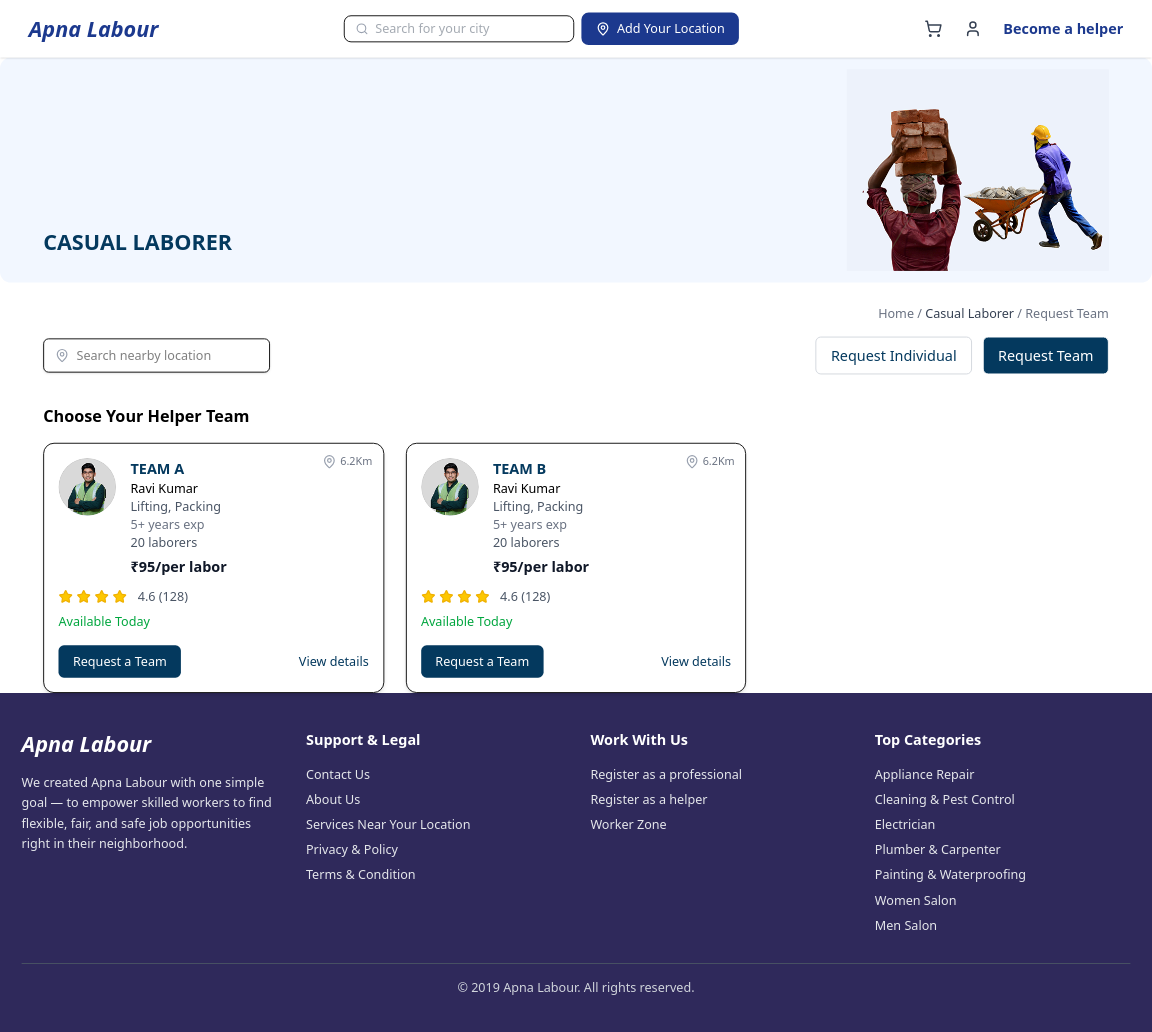
Repository: Innowidetech/Apna-Labour
Page: /casual (app in client/)
These files come from the project's save history. The page is drawn as it stood at one moment and after the next save; the edit follows.
The browser window is 1280 px wide. The pictures show the whole page, at 90% of full size.
The project was rebuilt for these pictures with package versions that can differ from the ones it lists, and the page was loaded fresh each time. Also part of the build but not shown: client/vite.config.js, client/src/pages/Home.jsx, client/src/pages/ModalServicePage.jsx, client/src/pages/ServiceDetails.jsx, client/src/pages/Account/Account.jsx, client/src/pages/Account/AccountLayout.jsx, client/src/pages/Account/Bookings.jsx, client/src/pages/Payments.jsx and 26 more.

Above is the page before, as saved 2025-11-14 15:40:42.

After the next save:
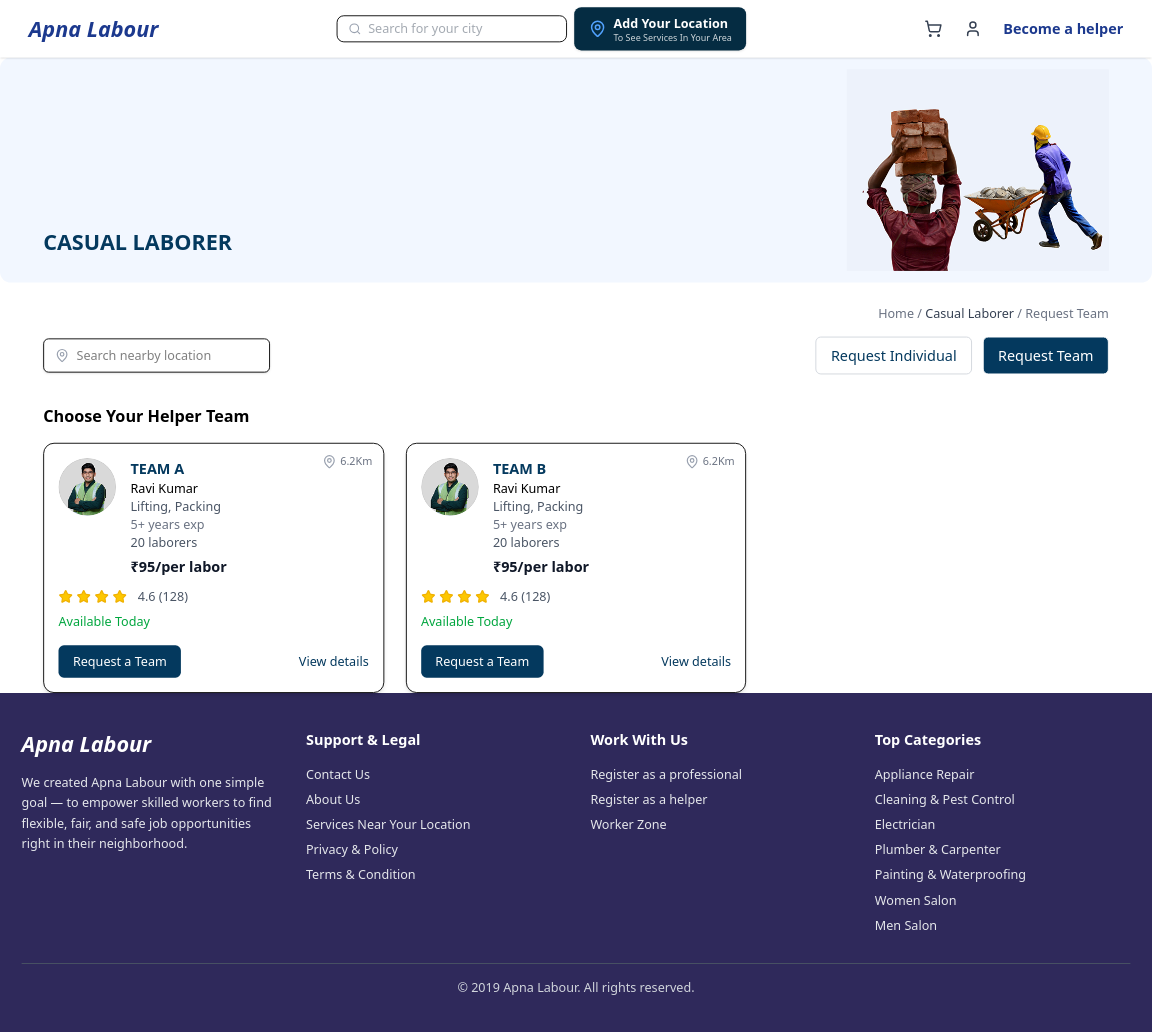
Saved 14 s later.
--- a/client/src/components/Navbar.jsx
+++ b/client/src/components/Navbar.jsx
@@ -108,10 +108,18 @@
               />
             </div>
 
-            <button className="flex items-center bg-blue-900 text-white px-4 py-2 rounded-lg text-sm">
-              <MapPin className="w-4 h-4 mr-2" />
-              Add Your Location
-            </button>
+            <button className="flex items-center bg-[#052c42] text-white px-4 py-2 rounded-lg shadow-sm">
+  {/* Blue Icon Only */}
+  <MapPin className="w-5 h-5 mr-2 text-blue-400" />
+
+  <div className="flex flex-col items-start leading-tight">
+    <span className="text-sm font-semibold text-white">Add Your Location</span>
+    <span className="text-[10px] opacity-80 text-white">
+      To See Services In Your Area
+    </span>
+  </div>
+</button>
+
           </div>
 
           {/* Right Section */}

After the save that followed:
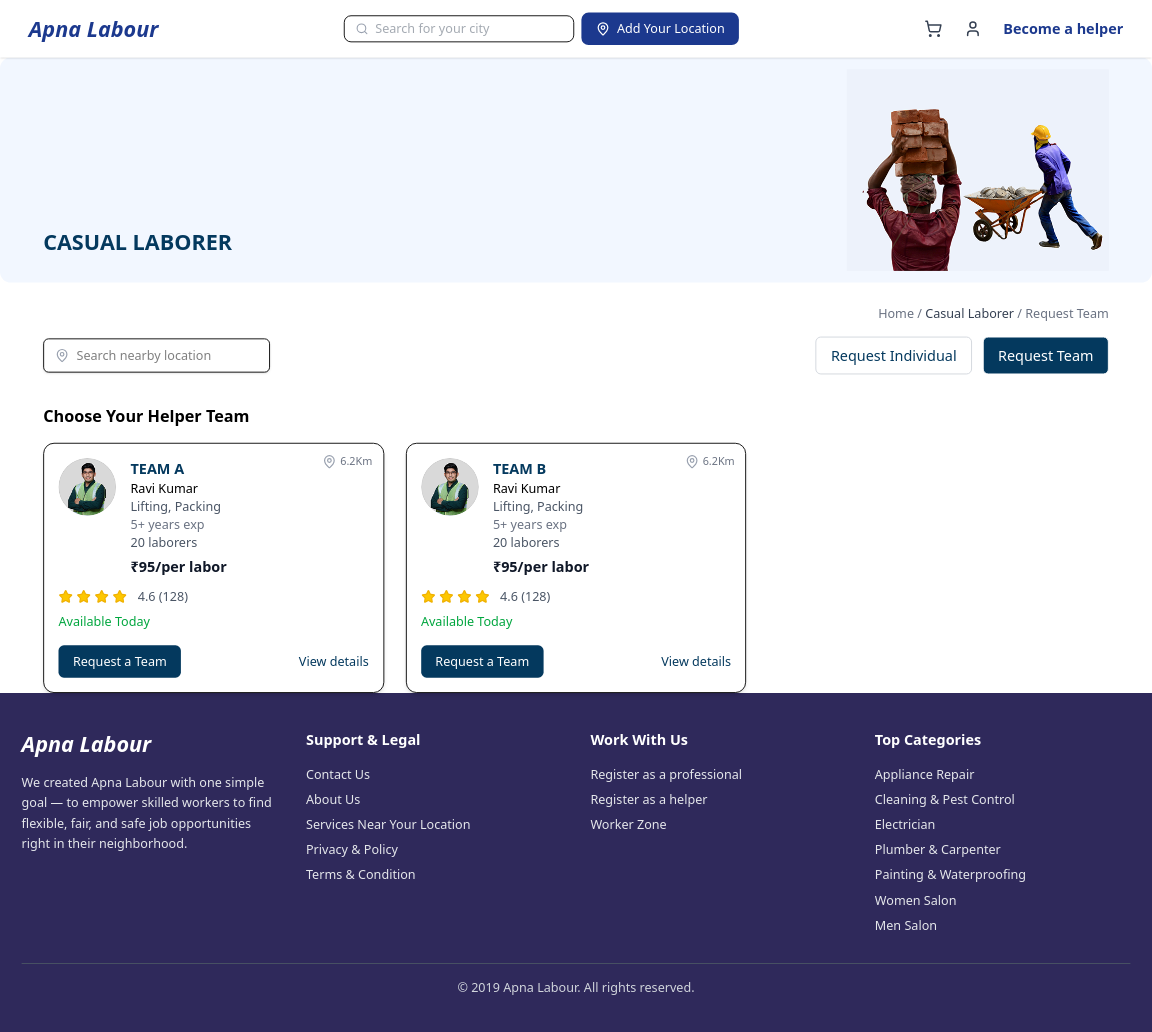
Saved 12 s later.
--- a/client/src/components/Navbar.jsx
+++ b/client/src/components/Navbar.jsx
@@ -108,18 +108,10 @@
               />
             </div>
 
-            <button className="flex items-center bg-[#052c42] text-white px-4 py-2 rounded-lg shadow-sm">
-  {/* Blue Icon Only */}
-  <MapPin className="w-5 h-5 mr-2 text-blue-400" />
-
-  <div className="flex flex-col items-start leading-tight">
-    <span className="text-sm font-semibold text-white">Add Your Location</span>
-    <span className="text-[10px] opacity-80 text-white">
-      To See Services In Your Area
-    </span>
-  </div>
-</button>
-
+            <button className="flex items-center bg-blue-900 text-white px-4 py-2 rounded-lg text-sm">
+              <MapPin className="w-4 h-4 mr-2" />
+              Add Your Location
+            </button>
           </div>
 
           {/* Right Section */}
